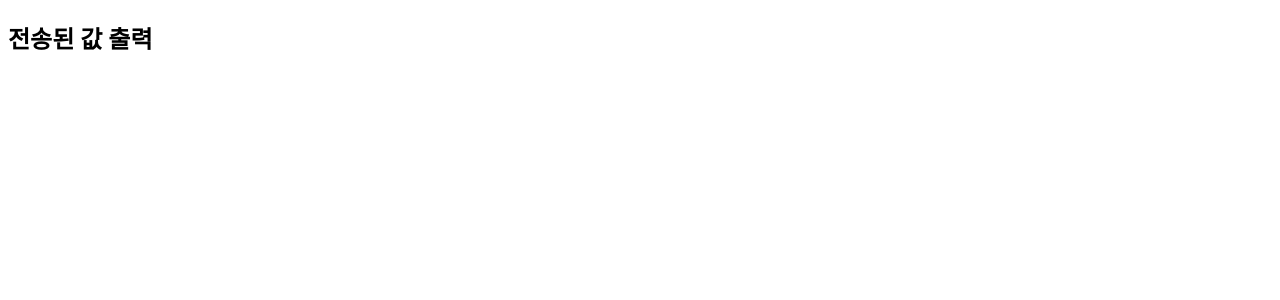
Repository: leebo-ram/Jsp
Page: http://localhost/Variable/Form_ok.jsp
The author's editor kept a copy of each file at every save. The page is drawn from the files as they stood at one save, then again after the next save.
The browser window is 1280 px wide. The pictures show the whole page.
The page is served by Tomcat 9.

Above is the page before, as saved 2021-02-16 05:53:07.

### Day1/Variable/WebContent/Form_ok.jsp
<%@ page language="java" contentType="text/html; charset=UTF-8"
    pageEncoding="UTF-8"%>
<%
	String data = request.getParameter("data");
%>
<!DOCTYPE html>
<html>
<head>
<meta charset="UTF-8">
<title>전송된 값 출력</title>
</head>
<body>
	<h2>전송된 값 출력</h2>

</body>
</html>

After the next save:
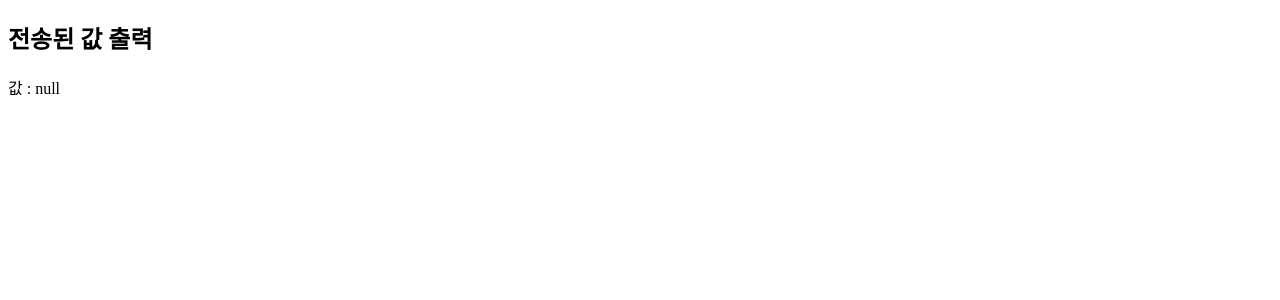
Saved 19 s later.
--- a/Day1/Variable/WebContent/Form_ok.jsp
+++ b/Day1/Variable/WebContent/Form_ok.jsp
@@ -11,6 +11,6 @@
 </head>
 <body>
 	<h2>전송된 값 출력</h2>
-
+	<p>값 : <%=data%></p>
 </body>
 </html>
